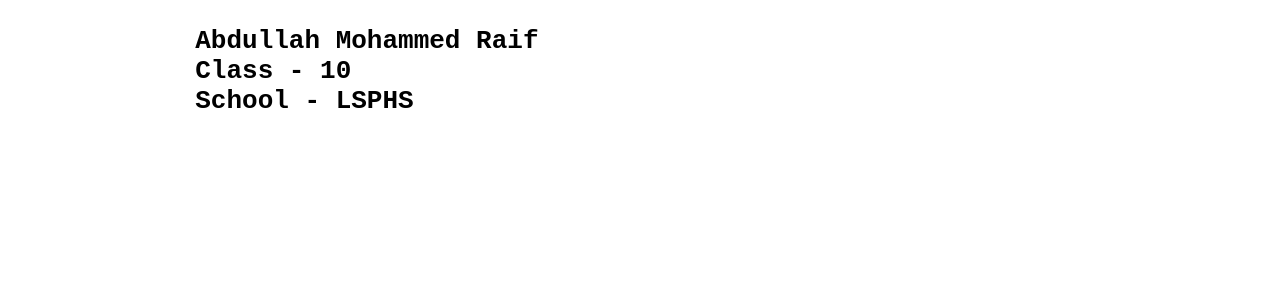
Repository: Raif-007/Portfolio
Page: index.html
These files come from the project's save history. The page is drawn as it stood at one moment and after the next save; the edit follows.
The browser window is 1280 px wide. The pictures show the whole page.

Above is the page before, as saved 2021-07-05 15:39:01.

### index.html
<!DOCTYPE html>
<html lang="en">

<head>
    <meta charset="UTF-8">
    <meta http-equiv="X-UA-Compatible" content="IE=edge">
    <meta name="viewport" content="width=device-width, initial-scale=1.0">
    <title>Portfolio</title>
</head>

<body>
    <h1>
        <pre>
            Abdullah Mohammed Raif
            Class - 10
            School - LSPHS
        </pre>

    </h1>
</body>

</html>

After the next save:
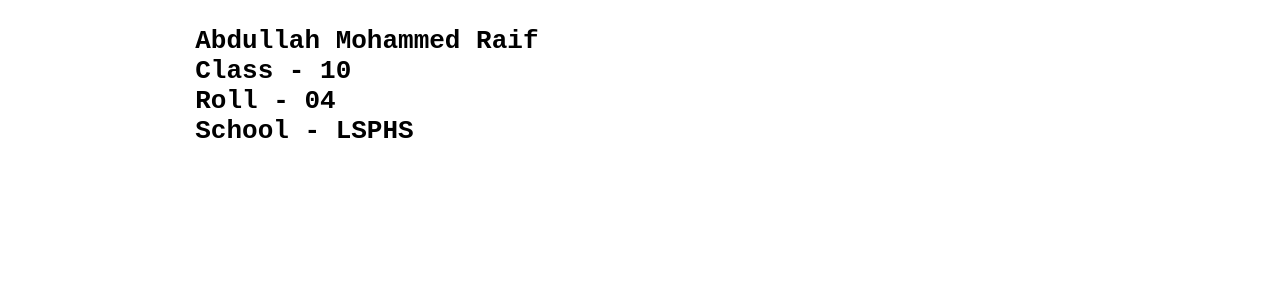
Saved 7 min 40 s later.
--- a/index.html
+++ b/index.html
@@ -13,7 +13,9 @@
         <pre>
             Abdullah Mohammed Raif
             Class - 10
+            Roll - 04
             School - LSPHS
+
         </pre>
 
     </h1>
